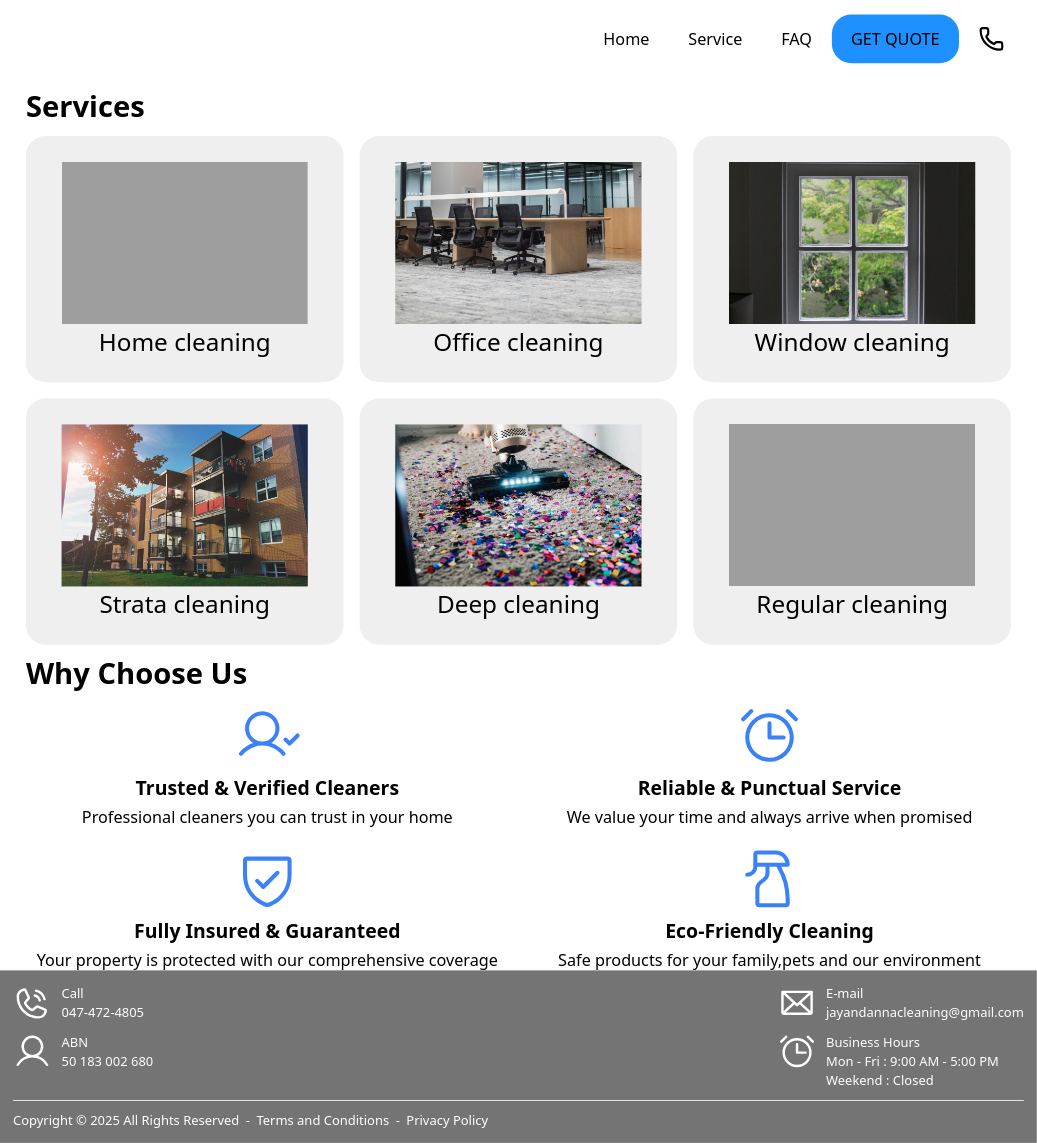
Repository: rong9835/cleaning-service
Page: /
These files come from the project's save history. The page is drawn as it stood at one moment and after the next save; the edit follows.
The browser window is 1280 px wide. The pictures show the whole page, at 81% of full size.
Pictures or frames that could not be fetched are drawn as grey boxes. The project was rebuilt for these pictures with package versions that can differ from the ones it lists, and the page was loaded fresh each time. The framework's server and built-in components were replaced by stand-ins that run in the browser. Also part of the build but not shown: next.config.ts.

Above is the page before, as saved 2025-08-06 23:01:19.

After the next save:
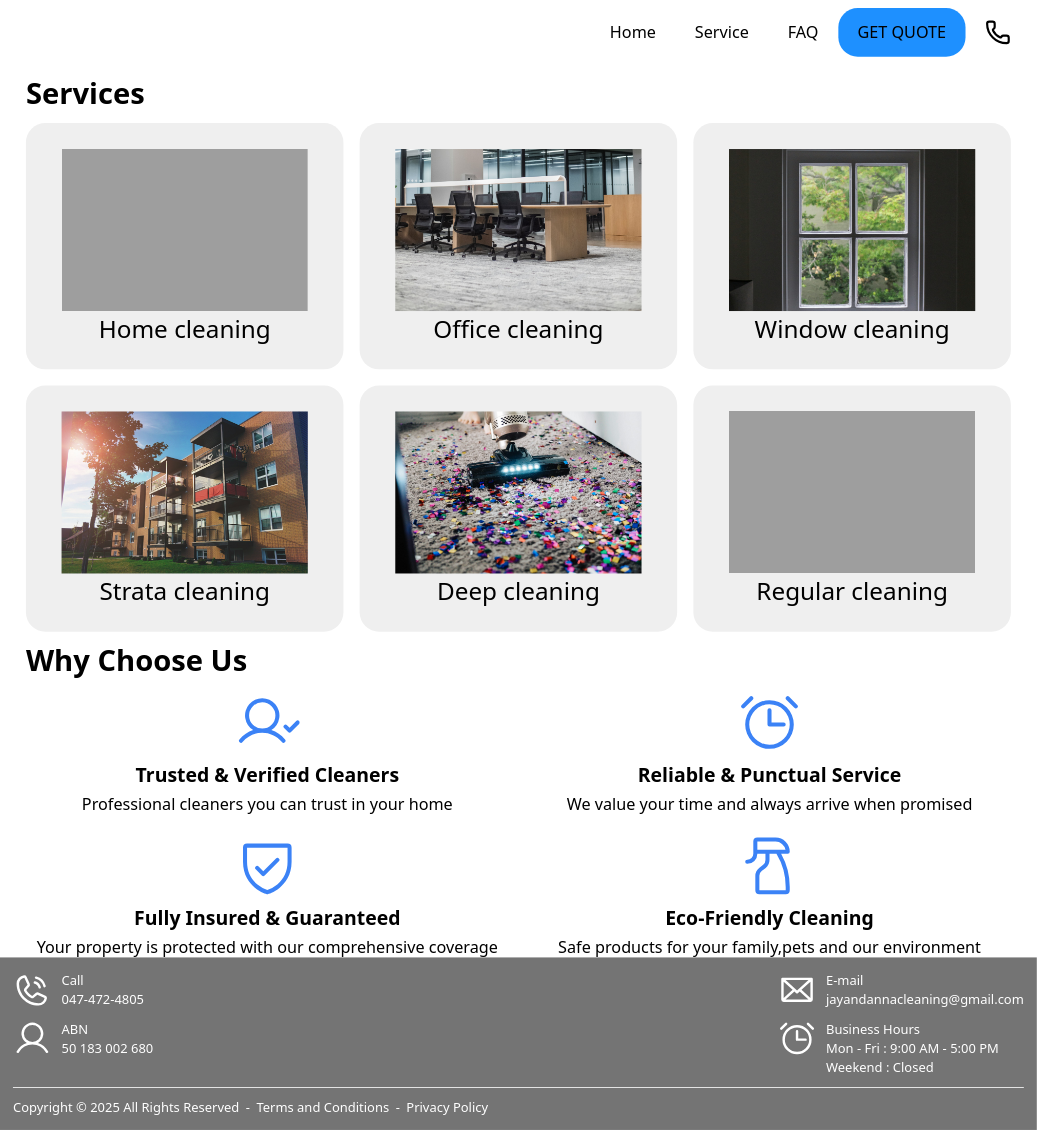
Saved 27 s later.
--- a/src/components/layout/header.tsx
+++ b/src/components/layout/header.tsx
@@ -7,7 +7,7 @@
 export default function Header() {
   return (
     <header className="bg-white">
-      <div className="container mx-auto p-4 max-w-sm sm:max-w-2xl lg:max-w-5xl xl:max-w-7xl">
+      <div className="container mx-auto p-2 max-w-sm sm:max-w-2xl lg:max-w-5xl xl:max-w-7xl">
         <div className="flex items-center justify-between">
           {/* 로고 */}
           <div className="p-2">

After the save that followed:
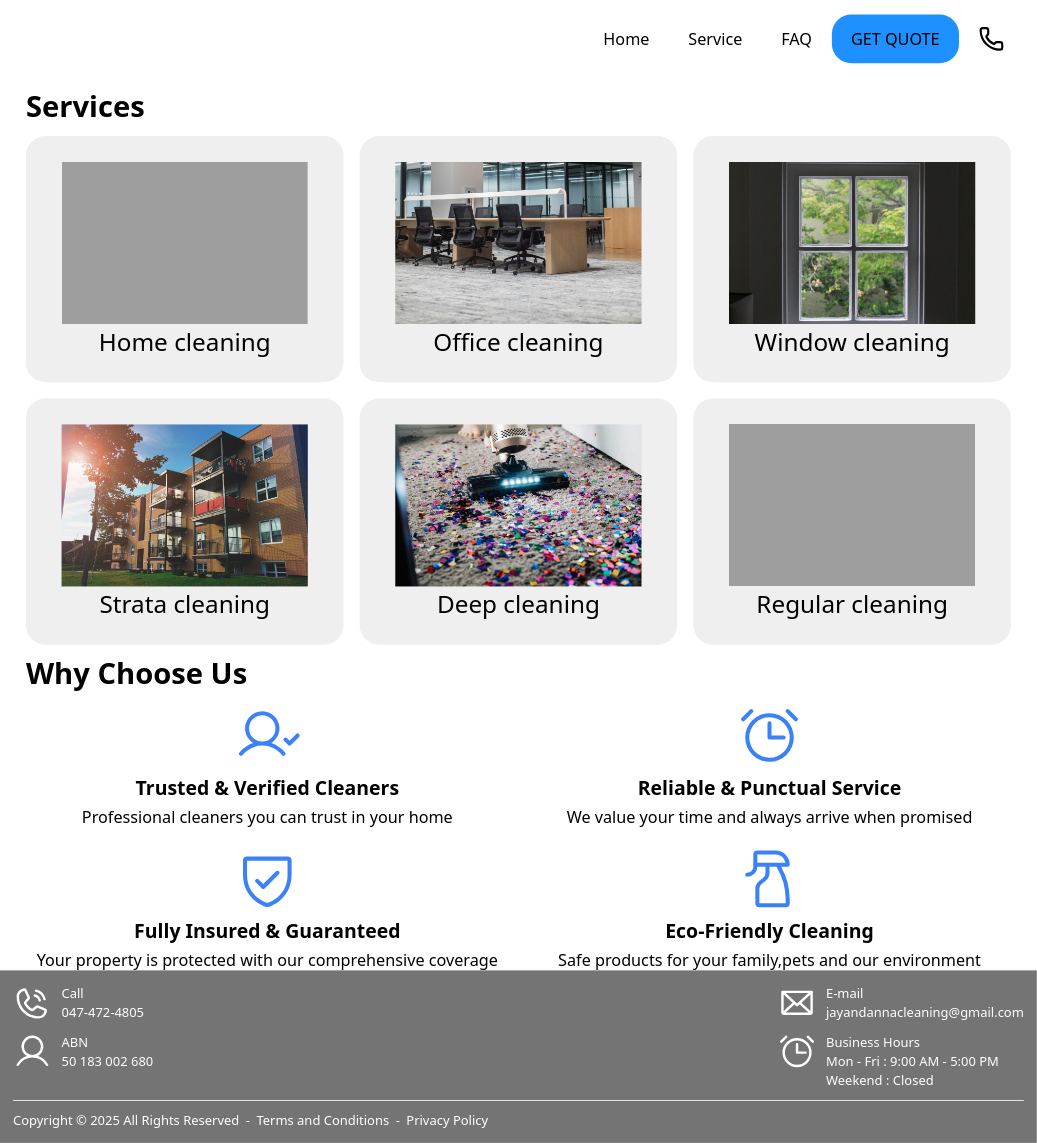
Saved 13 s later.
--- a/src/components/layout/header.tsx
+++ b/src/components/layout/header.tsx
@@ -7,7 +7,7 @@
 export default function Header() {
   return (
     <header className="bg-white">
-      <div className="container mx-auto p-2 max-w-sm sm:max-w-2xl lg:max-w-5xl xl:max-w-7xl">
+      <div className="container mx-auto p-4 max-w-sm sm:max-w-2xl lg:max-w-5xl xl:max-w-7xl">
         <div className="flex items-center justify-between">
           {/* 로고 */}
           <div className="p-2">
